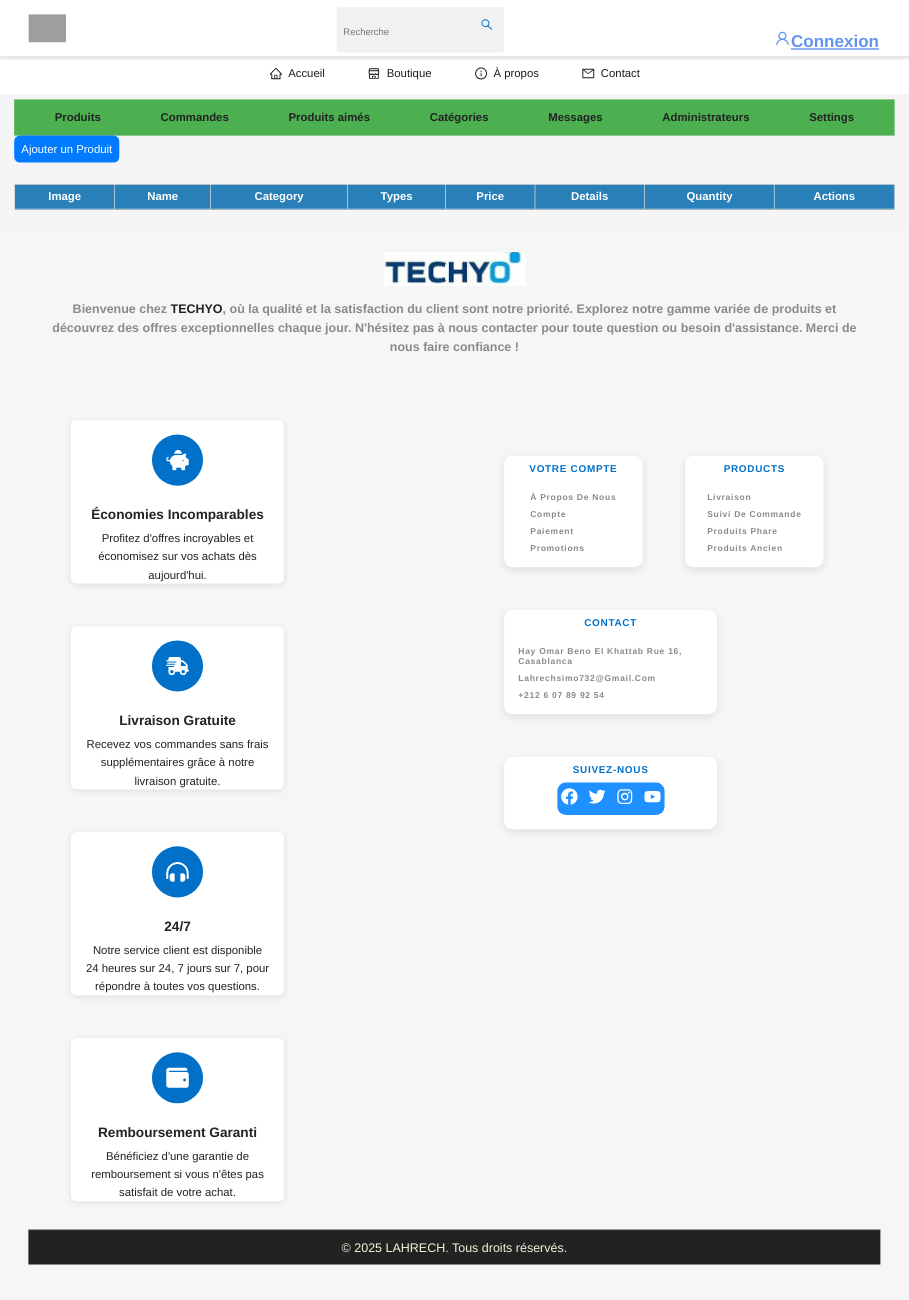
Repository: sebti-cloud/project-modern
Page: /products (app in ecommerce_website/)
The author's editor kept a copy of each file at every save. The page is drawn from the files as they stood at one save, then again after the next save.
The browser window is 1280 px wide. The pictures show the whole page, at 71% of full size.
The page's requests for data from a server got no answer. The project was rebuilt for these pictures with package versions that can differ from the ones it lists, and the page was loaded fresh each time. No one was signed in, and anything a server would have sent is missing. Also part of the build but not shown: ecommerce_website/src/comp/home.js, ecommerce_website/src/comp/shop.js, ecommerce_website/src/comp/cart.js, ecommerce_website/src/comp/contact.js, ecommerce_website/src/comp/rout.js, ecommerce_website/src/comp/Orders.js, ecommerce_website/src/comp/LikedProducts.js, ecommerce_website/src/comp/Categories.js and 32 more.

Above is the page before, as saved 2025-01-27 17:35:42.

After the next save:
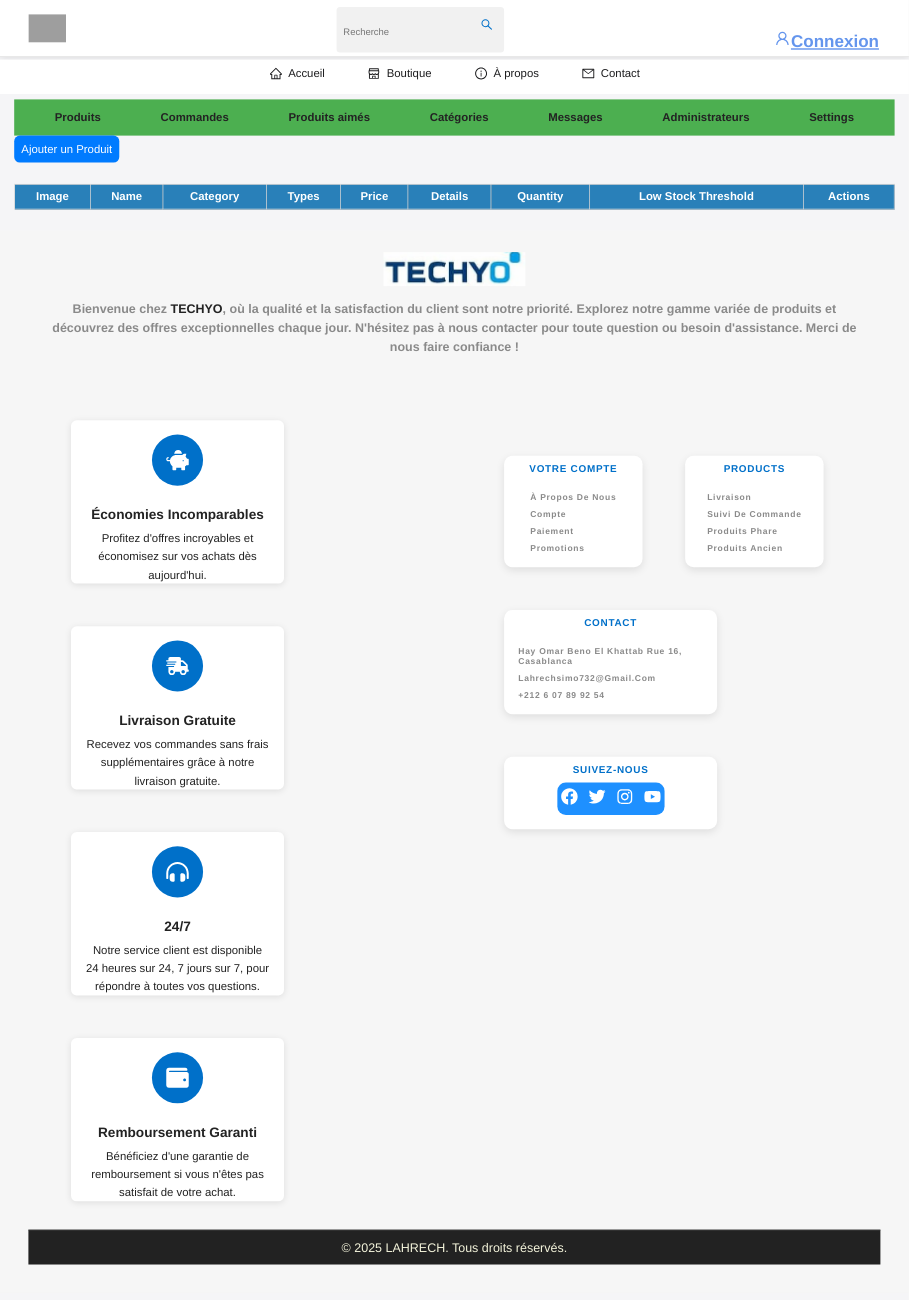
Saved 3 min 5 s later.
--- a/ecommerce_website/src/comp/Products.js
+++ b/ecommerce_website/src/comp/Products.js
@@ -268,13 +268,14 @@
                         <th>Types</th>
                         <th>Price</th>
                         <th>Details</th>
-                        <th>Quantity</th> {/* En-tête pour la quantité */}
+                        <th>Quantity</th>
+                        <th>Low Stock Threshold</th> {/* En-tête pour le seuil de stock bas */}
                         <th>Actions</th>
                     </tr>
                 </thead>
                 <tbody>
                     {products.map(product => (
-                        <tr key={product.id}>
+                        <tr key={product.id} className={product.quantity <= product.lowStockThreshold ? 'low-stock' : ''}>
                             <td>
                                 {product.images && product.images.length > 0 ? (
                                     product.images.map((img, index) => (
@@ -295,6 +296,7 @@
                             <td>{product.price} MAD</td>
                             <td>{product.details}</td>
                             <td>{product.quantity}</td> {/* Afficher la quantité */}
+                            <td>{product.lowStockThreshold}</td> {/* Afficher le seuil de stock bas */}
                             <td>
                                 <button onClick={() => handleEditProduct(product)} className="edit-button">Edit</button>
                                 <button onClick={() => handleDeleteProduct(product.id)} className="delete-button">Delete</button>
@@ -303,6 +305,11 @@
                     ))}
                 </tbody>
             </table>
+            {products.some(product => product.quantity <= product.lowStockThreshold) && (
+                <div className="low-stock-alert">
+                    <p>Attention : Certains produits ont un stock bas !</p>
+                </div>
+            )}
         </div>
     );
 };
